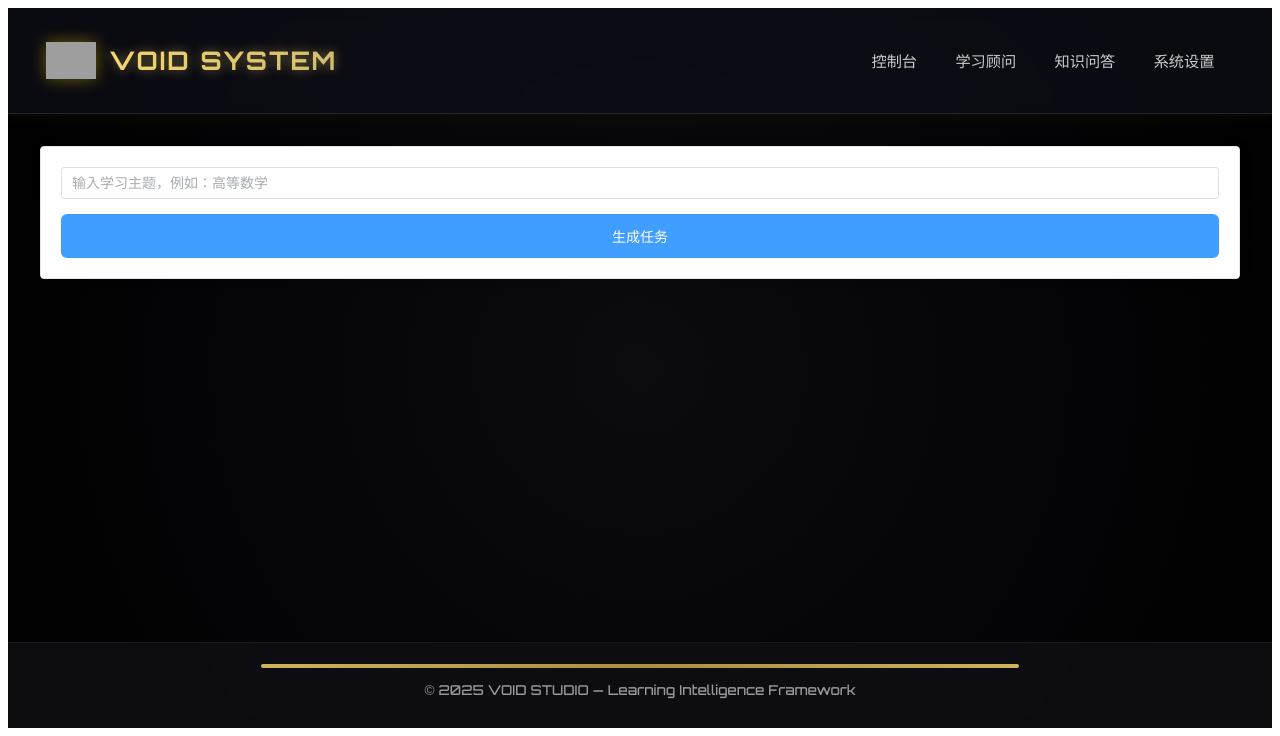
Repository: Void-Creator-Deity/Void-System
Page: /settings (app in void-system-frontend/)
These files come from the project's save history. The page is drawn as it stood at one moment and after the next save; the edit follows.
The browser window is 1280 px wide. The pictures show the whole page.
Pictures or frames that could not be fetched are drawn as grey boxes. The project was rebuilt for these pictures with package versions that can differ from the ones it lists, and the page was loaded fresh each time. Also part of the build but not shown: void-system-frontend/vite.config.js, void-system-frontend/src/api/index.js, void-system-frontend/src/api/ai.js, void-system-frontend/src/pages/AIConsole.vue, void-system-frontend/src/pages/Advisor.vue, void-system-frontend/src/pages/QA.vue.

Above is the page before, as saved 2025-11-16 18:50:55.

After the next save:
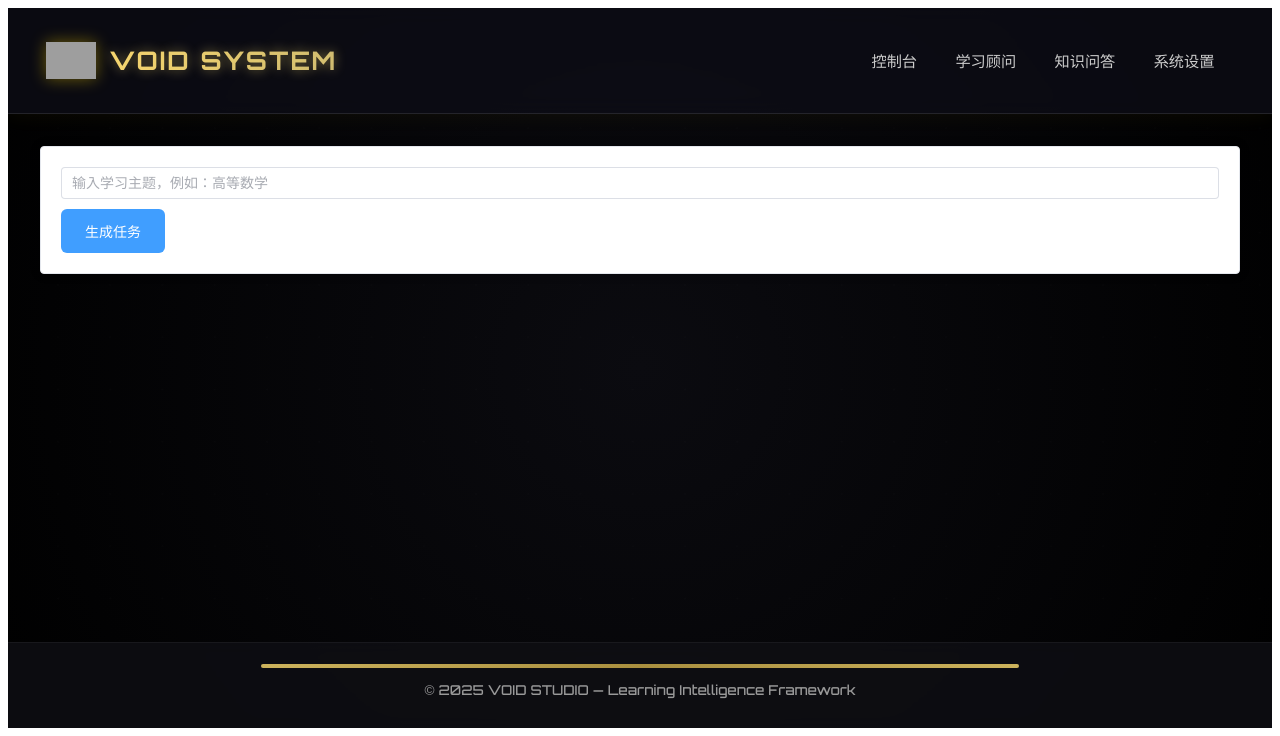
Saved 2 min 5 s later.
--- a/void-system-frontend/src/pages/Settings.vue
+++ b/void-system-frontend/src/pages/Settings.vue
@@ -62,7 +62,7 @@ async function generate(event) {
 /* 波纹效果样式 */
 .ripple-button {
   position: relative;
-
+  overflow: hidden;
   background: #409EFF;
   color: white;
   border: none;
@@ -73,38 +73,4 @@ async function generate(event) {
   transition: background 0.3s;
   margin-top: 10px;
 }
-
-.ripple-button:hover {
-  background: #66b1ff;
-}
-
-.ripple-effect {
-  position: absolute;
-  border-radius: 50%;
-  background: rgba(255, 255, 255, 0.6);
-  transform: scale(0);
-  animation: ripple 0.6s linear;
-  pointer-events: none;
-}
-
-@keyframes ripple {
-  to {
-    transform: scale(4);
-    opacity: 0;
-  }
-}
-
-.custom-btn {
-  width: 100%;
-  margin-top: 15px;
-}
-
-.result-box {
-  margin-top: 20px;
-  white-space: pre-wrap;
-  background: rgba(20, 20, 25, 0.85);
-  color: #ccc;
-  padding: 15px;
-  border-radius: 10px;
-}
 </style>
